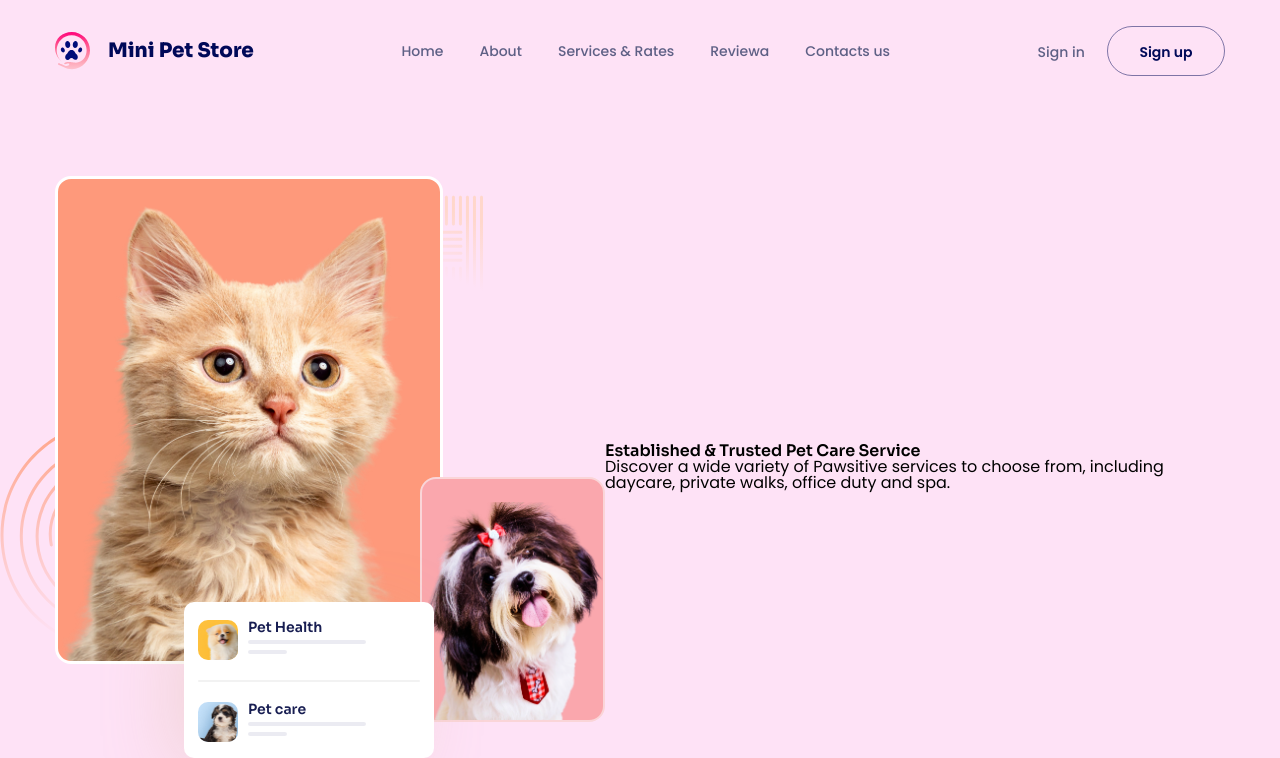
Repository: Tran-Dat/ASM-HTML5-F8-04
Page: index.html
The author's editor kept a copy of each file at every save. The page is drawn from the files as they stood at one save, then again after the next save.
The browser window is 1280 px wide. The pictures show the whole page.

Above is the page before, as saved 2023-06-12 16:41:46.

### index.html
<!DOCTYPE html>
<html lang="en">
    <head>
        <meta charset="UTF-8" />
        <meta name="viewport" content="width=device-width, initial-scale=1.0" />
        <title>PS27621-TranTanDat-ASM</title>

        <!-- favicon -->
        <link
            rel="apple-touch-icon"
            sizes="57x57"
            href="./assets/favicon/apple-icon-57x57.png"
        />
        <link
            rel="apple-touch-icon"
            sizes="60x60"
            href="./assets/favicon/apple-icon-60x60.png"
        />
        <link
            rel="apple-touch-icon"
            sizes="72x72"
            href="./assets/favicon/apple-icon-72x72.png"
        />
        <link
            rel="apple-touch-icon"
            sizes="76x76"
            href="./assets/favicon/apple-icon-76x76.png"
        />
        <link
            rel="apple-touch-icon"
            sizes="114x114"
            href="./assets/favicon/apple-icon-114x114.png"
        />
        <link
            rel="apple-touch-icon"
            sizes="120x120"
            href="./assets/favicon/apple-icon-120x120.png"
        />
        <link
            rel="apple-touch-icon"
            sizes="144x144"
            href="./assets/favicon/apple-icon-144x144.png"
        />
        <link
            rel="apple-touch-icon"
            sizes="152x152"
            href="./assets/favicon/apple-icon-152x152.png"
        />
        <link
            rel="apple-touch-icon"
            sizes="180x180"
            href="./assets/favicon/apple-icon-180x180.png"
        />
        <link
            rel="icon"
            type="image/png"
            sizes="192x192"
            href="./assets/favicon/android-icon-192x192.png"
        />
        <link
            rel="icon"
            type="image/png"
            sizes="32x32"
            href="./assets/favicon/favicon-32x32.png"
        />
        <link
            rel="icon"
            type="image/png"
            sizes="96x96"
            href="./assets/favicon/favicon-96x96.png"
        />
        <link
            rel="icon"
            type="image/png"
            sizes="16x16"
            href="./assets/favicon/favicon-16x16.png"
        />
        <link rel="manifest" href="./assets/favicon/manifest.json" />
        <meta name="msapplication-TileColor" content="#ffffff" />
        <meta
            name="msapplication-TileImage"
            content="./assets/favicon/ms-icon-144x144.png"
        />
        <meta name="theme-color" content="#ffffff" />

        <!-- reset css -->
        <link rel="stylesheet" href="./assets/css/reset.css" />

        <!-- Font gg -->
        <link rel="preconnect" href="https://fonts.googleapis.com" />
        <link rel="preconnect" href="https://fonts.gstatic.com" crossorigin />
        <link
            href="https://fonts.googleapis.com/css2?family=Poppins:wght@300;400;500;600&family=Sora:wght@600;700;800&display=swap"
            rel="stylesheet"
        />

        <!-- styles css -->
        <link rel="stylesheet" href="./assets/css/styles.css" />
    </head>
    <body>
        <!-- Header -->
        <header class="header">
            <div class="container">
                <div class="header__inner">
                    <!-- Logo -->
                    <div class="header-logo">
                        <img src="./assets/img/logo.svg" alt="" class="logo" />
                        <h1 class="header-logo__title">
                            <a href="#!">Mini Pet Store</a>
                        </h1>
                    </div>

                    <!-- navbar -->
                    <nav class="navbar">
                        <ul class="navbar__list">
                            <li class="navbar__item">
                                <a href="#" class="navbar__link">Home</a>
                            </li>
                            <li class="navbar__item">
                                <a href="#" class="navbar__link">About</a>
                            </li>
                            <li class="navbar__item">
                                <a href="#" class="navbar__link"
                                    >Services & Rates</a
                                >
                            </li>
                            <li class="navbar__item">
                                <a href="#" class="navbar__link">Reviewa</a>
                            </li>
                            <li class="navbar__item">
                                <a href="#" class="navbar__link">Contacts us</a>
                            </li>
                        </ul>
                    </nav>

                    <!-- header action -->
                    <div class="header-action">
                        <a href="" class="header-action__link">Sign in</a>
                        <a href="" class="btn header-action__btn">Sign up</a>
                    </div>
                </div>
            </div>
        </header>

        <!-- Hero -->
        <section class="hero">
            <div class="container">
                <div class="hero__inner">
                    <!-- hero media -->
                    <div class="hero__media">
                        <!-- pet-01 -->
                        <div class="hero__img-wrap">
                            <img
                                src="./assets/img/pet-01.png"
                                alt=""
                                class="hero__img"
                            />

                            <!-- Decorators -->
                            <img
                                src="./assets/img/decor-01.svg"
                                alt=""
                                class="hero__decor hero__decor-left"
                            />
                            <img
                                src="./assets/img/decor-02.svg"
                                alt=""
                                class="hero__decor hero__decor-right"
                            />
                        </div>

                        <!-- Pet-02 -->
                        <div class="hero__img-wrap hero__img-wrap-small">
                            <img
                                src="./assets/img/pet-02.png"
                                alt=""
                                class="hero__img"
                            />
                        </div>

                        <div class="hero__list">
                            <!-- hero list item 1 -->
                            <div class="hero-list-item">
                                <img
                                    src="./assets/img/pet-03.png"
                                    alt=""
                                    class="hero-list-item__thumb"
                                />

                                <div class="hero-list-item__info">
                                    <p class="hero-list-item__title">
                                        Pet Health
                                    </p>
                                    <div class="hero-list-item__skeleton"></div>
                                    <div
                                        class="hero-list-item__skeleton"
                                        style="--width: 39px"
                                    ></div>
                                </div>
                            </div>

                            <span class="hero-list-item__separate"></span>

                            <!-- hero list item 2 -->
                            <div class="hero-list-item">
                                <img
                                    src="./assets/img/pet-04.png"
                                    alt=""
                                    class="hero-list-item__thumb"
                                />

                                <div class="hero-list-item__info">
                                    <p class="hero-list-item__title">
                                        Pet care
                                    </p>
                                    <div class="hero-list-item__skeleton"></div>
                                    <div
                                        class="hero-list-item__skeleton"
                                        style="--width: 39px"
                                    ></div>
                                </div>
                            </div>
                        </div>
                    </div>

                    <!-- hero content -->
                    <section class="hero__content">
                        <h1 class="hero__heading">
                            Established & Trusted Pet Care Service
                        </h1>
                        <p class="hero__desc">
                            Discover a wide variety of Pawsitive services to
                            choose from, including daycare, private walks,
                            office duty and spa.
                        </p>
                    </section>
                </div>
            </div>
        </section>
    </body>
</html>

### assets/css/styles.css
* {
    box-sizing: border-box;
}

html {
    font-size: 62.5%;
}

body {
    font-size: 1.6rem;
    font-family: "Poppins", sans-serif;
    background: #fee2f6;
}

/* ============================ common ============================ */

a {
    text-decoration: none;
}

h1,
h2,
h3,
h4,
h5,
h6 {
    font-family: "Sora", sans-serif;
}

input,
textarea,
select,
button {
    font-size: inherit;
    font-family: inherit;
}

.container {
    width: 1170px;
    max-width: calc(100% - 48px);
    margin: 0 auto;
}

.btn {
    --height: 56px;

    display: inline-block;
    min-width: 130px;
    height: var(--height);
    line-height: var(--height);
    border: 1px solid #00095880;
    border-radius: 99px;

    font-weight: 600;
    font-size: 1.4rem;

    text-align: center;
    color: #000958;
}

.btn:hover {
    opacity: 0.9;
}

/* =============== Header =============== */

.header {
    padding: 26px 0;
}

.header__inner {
    display: flex;
    align-items: center;
    justify-content: space-between;
}

.header-logo {
    display: flex;
    align-items: center;
}

.header-logo__title a {
    padding: 8px 18px;
    font-weight: 800;
    font-size: 20px;
    color: #000958;
}

.navbar__list {
    display: flex;
}

.navbar__link,
.header-action__link {
    padding: 8px 18px;
    font-weight: 500;
    font-size: 1.4rem;
    line-height: 1;
    color: #5e6085;
}

.navbar__link:hover {
    color: #000958;
    text-shadow: 1px 0 0 currentColor;
}

.header-action__btn {
    --height: 50px;

    min-width: 118px;
}

/* =============== Hero =============== */
.hero {
    margin-top: 74px;
}

.hero__inner {
    display: flex;
    align-items: center;
    justify-content: space-between;
}

.hero__media {
    position: relative;
    display: flex;
    padding-bottom: 94px;
}

.hero__img-wrap {
    position: relative;
    display: flex;
    align-items: flex-end;
    justify-content: center;
    width: 388px;
    height: 488px;
    background: #fe997b;
    border-radius: 16px;
    border: 3px solid #fff;
}

.hero__img {
    max-width: 100%;
    max-height: 100%;
    border-radius: inherit;
}

.hero__decor {
    z-index: -1;
    position: absolute;
}

.hero__decor-left {
    left: -58px;
    bottom: 10px;
}

.hero__decor-right {
    top: 16px;
    right: -43px;
}

.hero__img-wrap-small {
    align-self: flex-end;
    margin: 0 0 -58px -23px;
    width: 185px;
    height: 245px;
    background: #faa7ad;
    border-radius: 16px;
    border: 2px solid #fad5d8;
}

.hero__list {
    position: absolute;
    left: 129px;
    bottom: 0;
    width: 250px;
    height: 156px;
    padding: 18px 14px;
    background: #ffffff;
    box-shadow: -17px 14px 68px -4px rgba(207, 174, 132, 0.25);
    border-radius: 10px;
}

.hero-list-item {
    display: flex;
}

.hero-list-item__thumb {
    height: 40px;
    width: 40px;
    border-radius: 10px;
    object-fit: cover;
    background: #fec23f;
}

.hero-list-item__info {
    margin-left: 10px;
}

.hero-list-item__title {
    font-family: Sora, sans-serif;
    font-weight: 600;
    font-size: 1.4rem;
    line-height: 1;
    color: #181e52;
}

.hero-list-item__skeleton {
    margin-top: 6px;
    width: var(--width, 118px);
    height: 4px;
    background: #000958;
    opacity: 0.08;
    border-radius: 10px;
}

.hero-list-item__separate {
    display: block;
    width: 100%;
    height: 2px;
    margin: 20px 0;
    background: #f2f2f2;
    border-radius: 99px;
}

.hero-list-item:nth-of-type(2) .hero-list-item__thumb {
    background: #c6e2fa;
}

Loaded but not shown: assets/css/reset.css (common file)

After the next save:
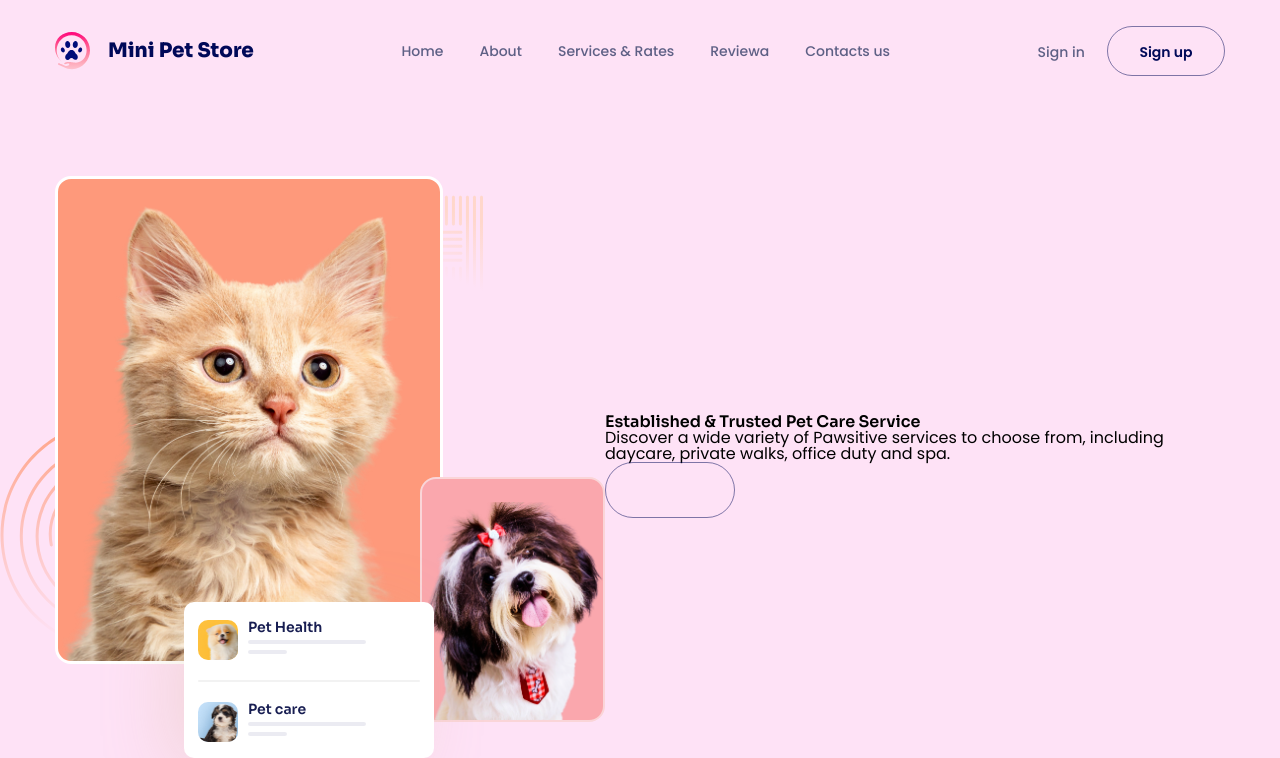
Saved 36 s later.
--- a/index.html
+++ b/index.html
@@ -233,6 +233,9 @@
                             choose from, including daycare, private walks,
                             office duty and spa.
                         </p>
+                        <div class="hero__row">
+                            <a href="#!" class="btn"></a>
+                        </div>
                     </section>
                 </div>
             </div>
